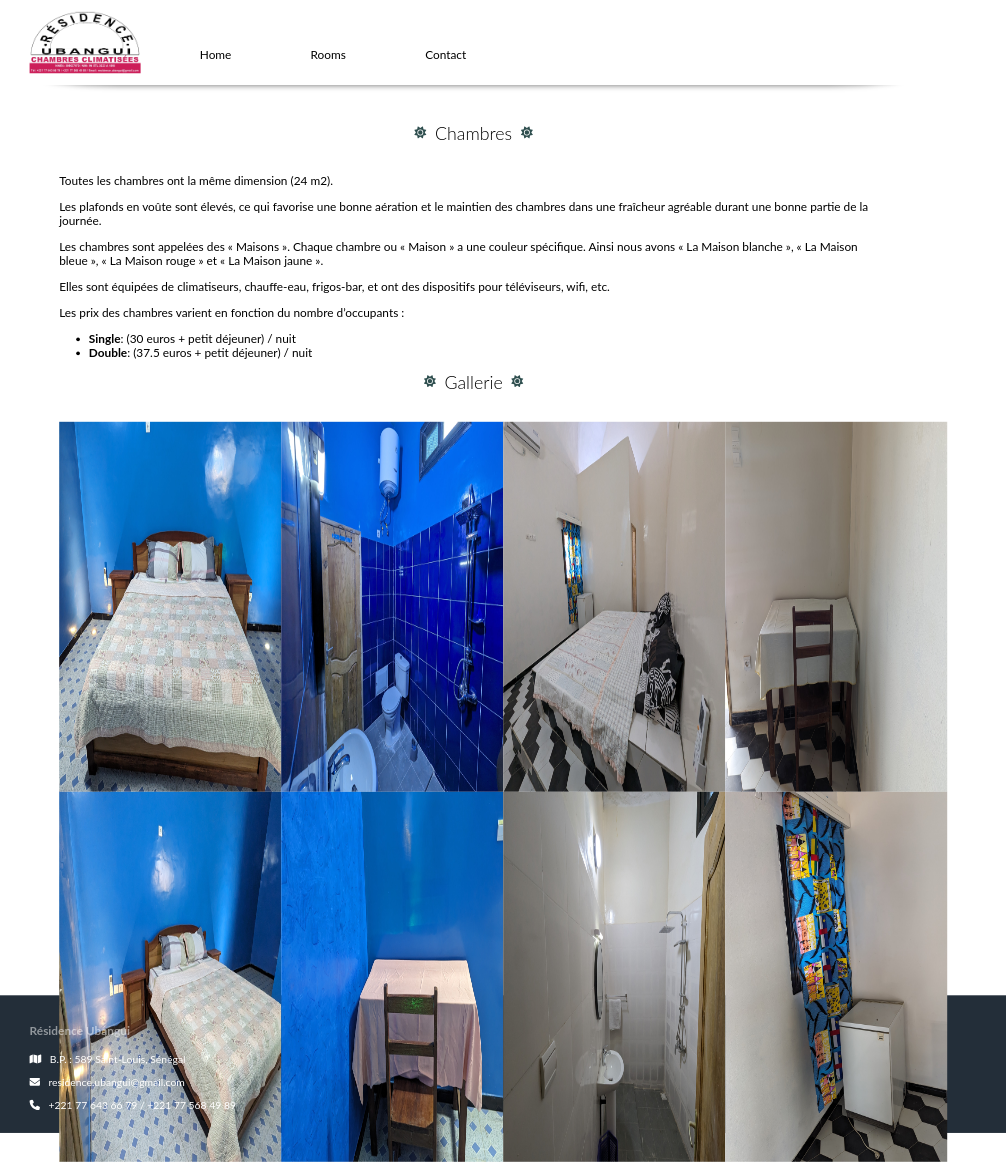
Repository: Nedjim/ubangui
Page: /rooms
An editor plug-in stored every save of this project. The page is shown before and after the next save, followed by the edit.
The browser window is 1280 px wide. The page is 1360 px wide, so the pictures cover 1360 px, including what lies to the right of the window. The pictures show the whole page, at 74% of full size.
The project was rebuilt for these pictures with package versions that can differ from the ones it lists, and the page was loaded fresh each time. The framework's server and built-in components were replaced by stand-ins that run in the browser. Also part of the build but not shown: nuxt.config.ts, components/Carousel.vue, components/Test.vue, components/Title.vue.

Above is the page before, as saved 2024-01-14 14:09:21.

After the next save:
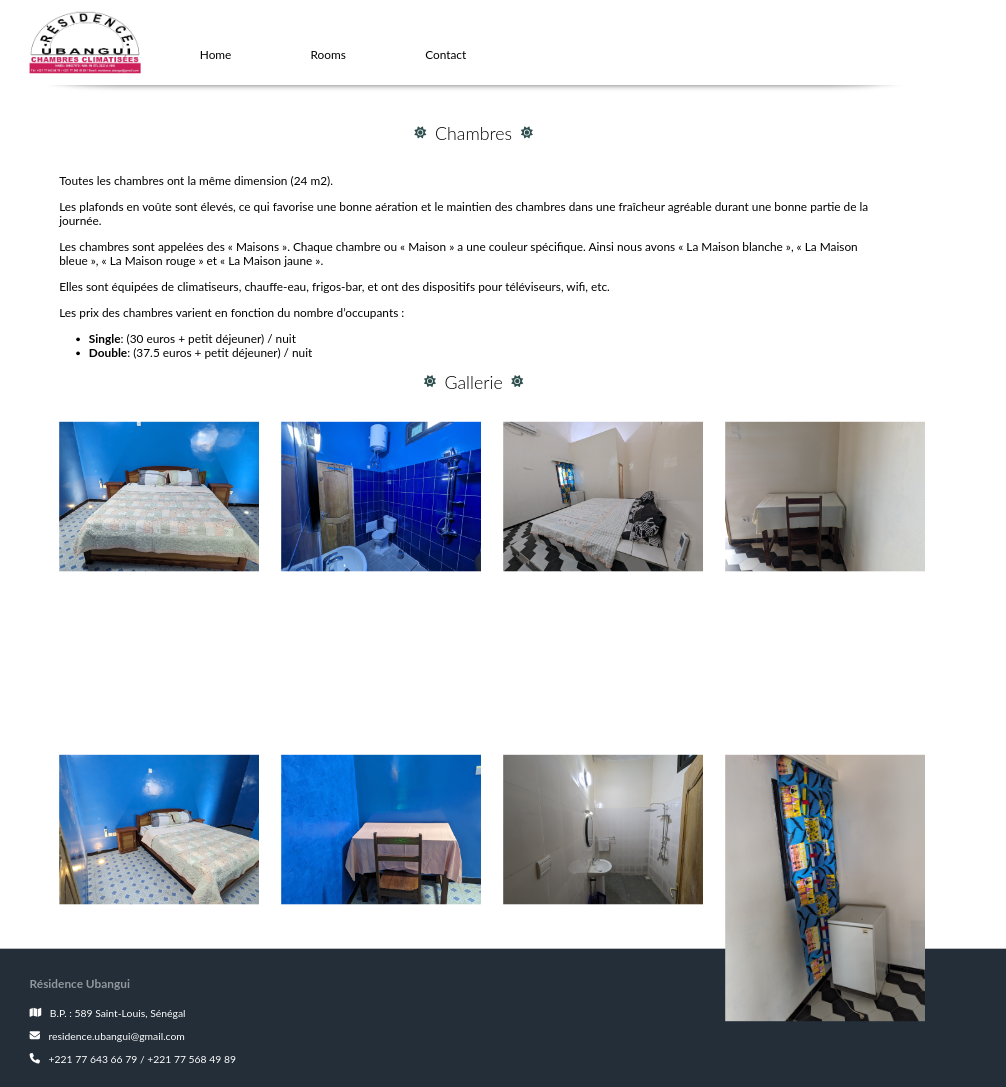
Saved 16 s later.
--- a/pages/rooms.vue
+++ b/pages/rooms.vue
@@ -80,8 +80,8 @@
       margin-top: 40px;
 
       img {
-        width: 100%;
-        height: 100%;
+        width: 90%;
+        // height: 100%;
       }
     }
   }
